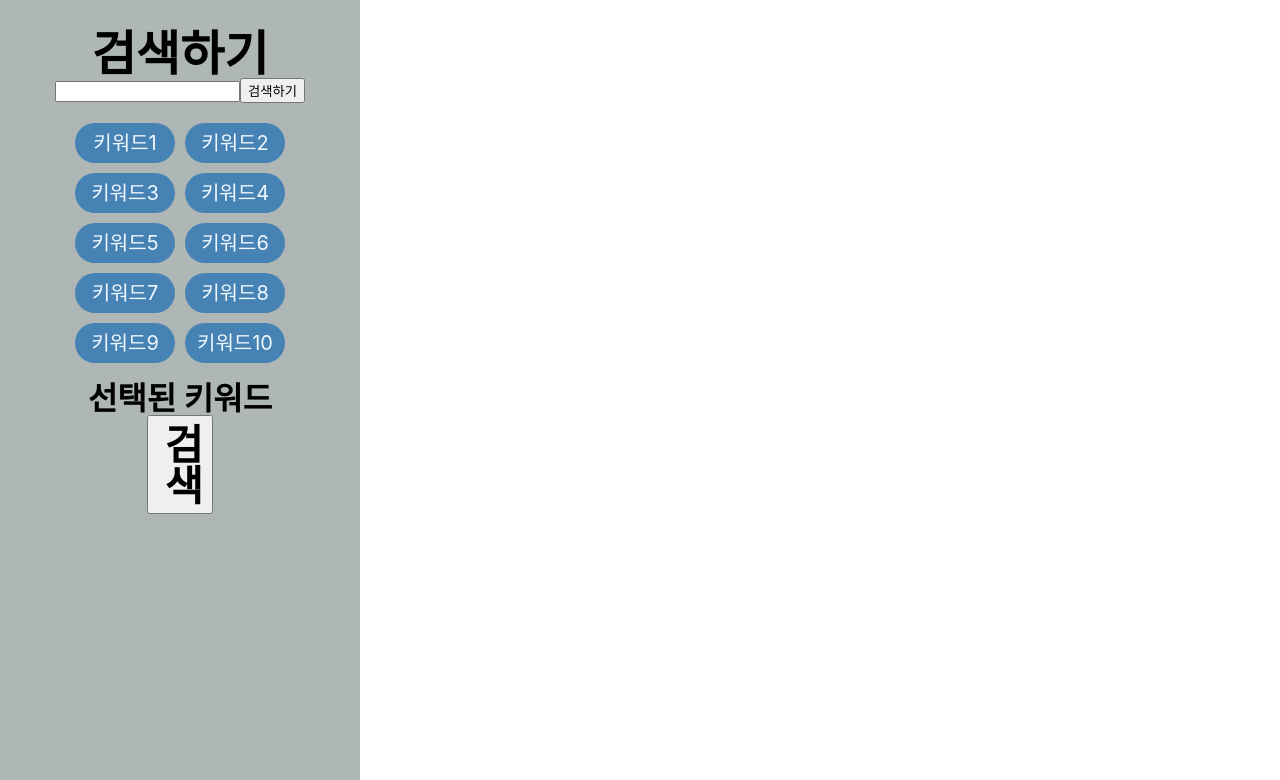
Repository: sunoo-lee/Star-Explore
Page: /
The author's editor kept a copy of each file at every save. The page is drawn from the files as they stood at one save, then again after the next save.
The browser window is 1280 px wide. The pictures show the whole page.
The project was rebuilt for these pictures with package versions that can differ from the ones it lists, and the page was loaded fresh each time.

Above is the page before, as saved 2022-10-14 04:43:11.

### src/index.js
import React from "react";
import ReactDOM from "react-dom/client";
import "./reset.css";
import "./Style.css";
import App from "./components/App";
// import reportWebVitals from "./reportWebVitals";

const root = ReactDOM.createRoot(document.getElementById("root"));
root.render(
  <React.StrictMode>
    <App />
  </React.StrictMode>
);

// reportWebVitals();

### src/Style.css
html,
body,
#root {
  height: 100%;
}

body {
  margin: 0;
  font-family: -apple-system, BlinkMacSystemFont, "Segoe UI", "Roboto", "Oxygen",
    "Ubuntu", "Cantarell", "Fira Sans", "Droid Sans", "Helvetica Neue",
    sans-serif;
  -webkit-font-smoothing: antialiased;
  -moz-osx-font-smoothing: grayscale;
}

.container {
  height: 100%;
}

.nav {
  padding: 30px;
  background-color: rgb(174, 182, 182);
  width: 300px;
  display: flex;
  flex-direction: column;
  align-items: center;
  height: 100%;
}
.nav h1 {
  font-size: 3rem;
  font-weight: 700;
}
.keyword {
  padding: 20px;
}
.keyword ul {
  display: grid;
  grid-template-columns: 100px 100px;
  gap: 10px;
}
.keyword ul li {
  cursor: pointer;
}
.keyword ul li span {
  display: inline-block;
  font-size: 20px;
  width: 100px;
  height: 40px;
  line-height: 40px;
  text-align: center;
  background-color: lightskyblue;
  border-radius: 25px;
}

.keyword ul li .off {
  background-color: steelblue;
  color: aliceblue;
}
h2 {
  font-size: 2rem;
  font-weight: 700;
}
.selected span {
  display: inline-block;
  font-size: 1.2rem;
  margin: 10px;
}
.nav .nav_toggle {
  font-size: 2.6rem;
  font-weight: 700;
  writing-mode: vertical-lr;
}

### src/components/App.js
import AppRouter from "./Router";

function App() {
  return (
    <>
      <AppRouter />
    </>
  );
}

export default App;

### src/components/Router.js
import { HashRouter as Router, Route, Routes } from "react-router-dom";
import Home from "../routes/Home";

const AppRouter = () => {
  return (
    <Router>
      <Routes>
        <Route exact path="/" element={<Home />} />
      </Routes>
    </Router>
  );
};

export default AppRouter;

### src/routes/Home.js
import React, { useState } from "react";

const Home = () => {
  const [select, setSelect] = useState([]);
  const onClick = (event) => {
    const keyword_btn = event.target;
    keyword_btn.className === "off"
      ? (keyword_btn.className = "on")
      : (keyword_btn.className = "off");

    const selected = event.target.innerText;
    if (keyword_btn.className === "on") {
      setSelect([...select, selected]);
    } else if (keyword_btn.className === "off") {
      setSelect(select.filter((key) => key !== selected));
    }
  };
  return (
    <div className="container">
      <div className="nav">
        <h1>검색하기</h1>
        <form>
          <input type="text" />
          <button>검색하기</button>
        </form>
        <div className="keyword">
          <ul>
            <li>
              <span className="off" onClick={onClick}>
                키워드1
              </span>
            </li>
            <li>
              <span className="off" onClick={onClick}>
                키워드2
              </span>
            </li>
            <li>
              <span className="off" onClick={onClick}>
                키워드3
              </span>
            </li>
            <li>
              <span className="off" onClick={onClick}>
                키워드4
              </span>
            </li>
            <li>
              <span className="off" onClick={onClick}>
                키워드5
              </span>
            </li>
            <li>
              <span className="off" onClick={onClick}>
                키워드6
              </span>
            </li>
            <li>
              <span className="off" onClick={onClick}>
                키워드7
              </span>
            </li>
            <li>
              <span className="off" onClick={onClick}>
                키워드8
              </span>
            </li>
            <li>
              <span className="off" onClick={onClick}>
                키워드9
              </span>
            </li>
            <li>
              <span className="off" onClick={onClick}>
                키워드10
              </span>
            </li>
          </ul>
        </div>
        <h2>선택된 키워드</h2>
        <div className="selected">
          {select.map((key, index) => (
            <span key={index}>{key}</span>
          ))}
        </div>
        <button className="nav_toggle">검색</button>
      </div>
    </div>
  );
};

export default Home;

Loaded but not shown: public/index.html (common file); src/reset.css (common file)

After the next save:
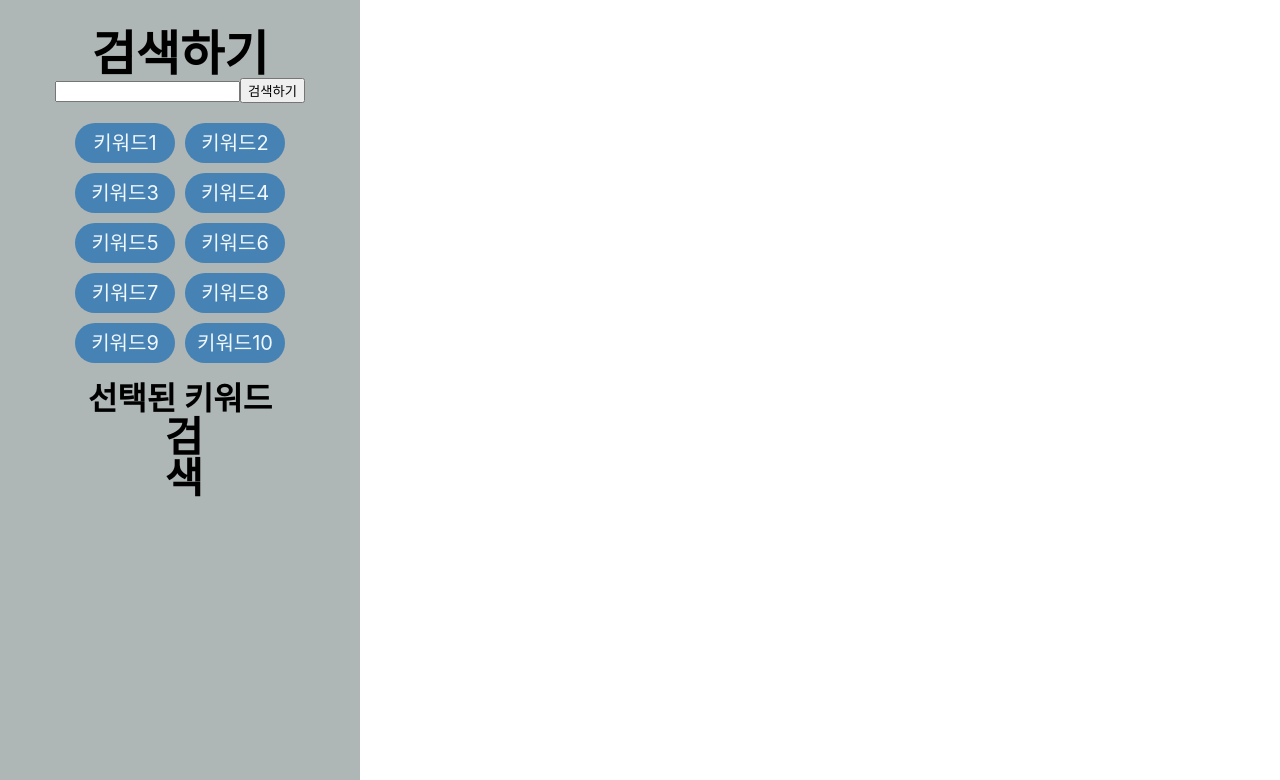
Saved 31 s later.
--- a/src/routes/Home.js
+++ b/src/routes/Home.js
@@ -83,7 +83,7 @@ const Home = () => {
             <span key={index}>{key}</span>
           ))}
         </div>
-        <button className="nav_toggle">검색</button>
+        <div className="nav_toggle">검색</div>
       </div>
     </div>
   );
